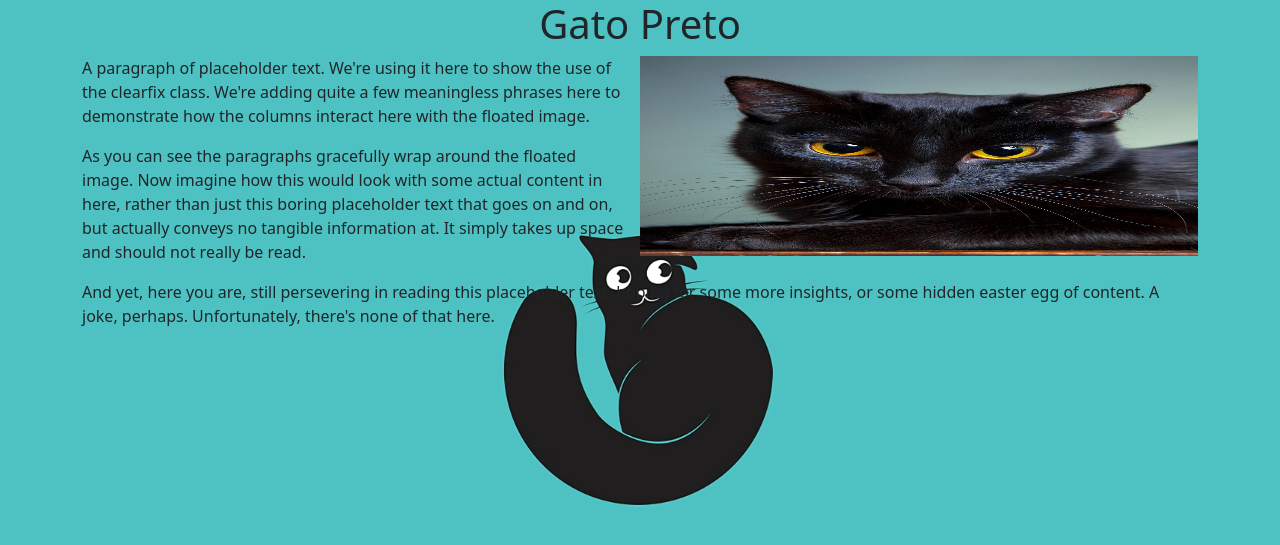
Repository: SktYzu/gatitu
Page: index.html
An editor plug-in stored every save of this project. The page is shown before and after the next save, followed by the edit.
The browser window is 1280 px wide. The pictures show the whole page.

Above is the page before, as saved 2023-11-27 15:01:22.

### index.html
<!DOCTYPE html>
<html lang="pt-BR">

<head>
    <meta charset="UTF-8">
    <meta name="viewport" content="width=device-width, initial-scale=1.0">
    <link rel="stylesheet" href="https://cdn.jsdelivr.net/npm/bootstrap@5.3.2/dist/css/bootstrap.min.css">
    <script src="https://cdn.jsdelivr.net/npm/bootstrap@5.3.2/dist/js/bootstrap.bundle.min.js"
        integrity="sha384-C6RzsynM9kWDrMNeT87bh95OGNyZPhcTNXj1NW7RuBCsyN/o0jlpcV8Qyq46cDfL"
        crossorigin="anonymous"></script>
    <title>Teste</title>
    <style>
        body {
            background-image: url('cat.jpg');
            background-size: cover;
        }
    </style>
</head>

<body>

    <h1 class="container text-center">Gato Preto</h1>
    <div class="container">

        <div class="clearfix">
            <img src="preto.jpg" class="col-md-6 float-md-end mb-3 ms-md-3" alt="..." width="300" height="200">

            <p>
                A paragraph of placeholder text. We're using it here to show the use of the clearfix class. We're adding
                quite a few meaningless phrases here to demonstrate how the columns interact here with the floated
                image.
            </p>

            <p>
                As you can see the paragraphs gracefully wrap around the floated image. Now imagine how this would look
                with
                some actual content in here, rather than just this boring placeholder text that goes on and on, but
                actually
                conveys no tangible information at. It simply takes up space and should not really be read.
            </p>

            <p>
                And yet, here you are, still persevering in reading this placeholder text, hoping for some more
                insights, or
                some hidden easter egg of content. A joke, perhaps. Unfortunately, there's none of that here.
            </p>
        </div>
    </div>


</body>

</html>

After the next save:
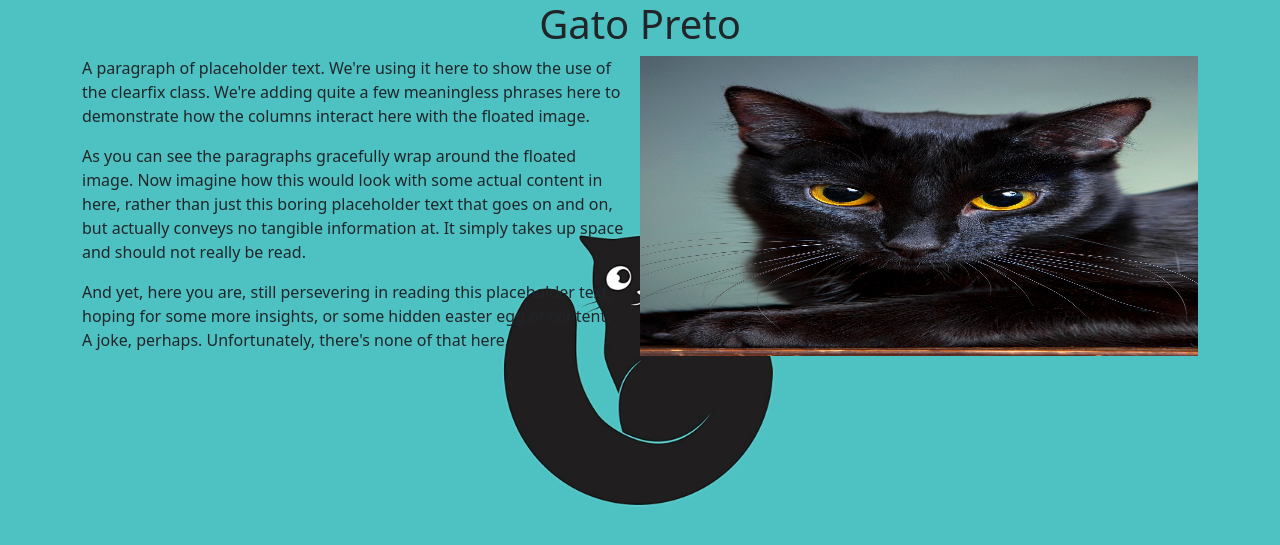
Saved 8 s later.
--- a/index.html
+++ b/index.html
@@ -23,7 +23,7 @@
     <div class="container">
 
         <div class="clearfix">
-            <img src="preto.jpg" class="col-md-6 float-md-end mb-3 ms-md-3" alt="..." width="300" height="200">
+            <img src="preto.jpg" class="col-md-6 float-md-end mb-3 ms-md-3" alt="..." width="300" height="300">
 
             <p>
                 A paragraph of placeholder text. We're using it here to show the use of the clearfix class. We're adding
